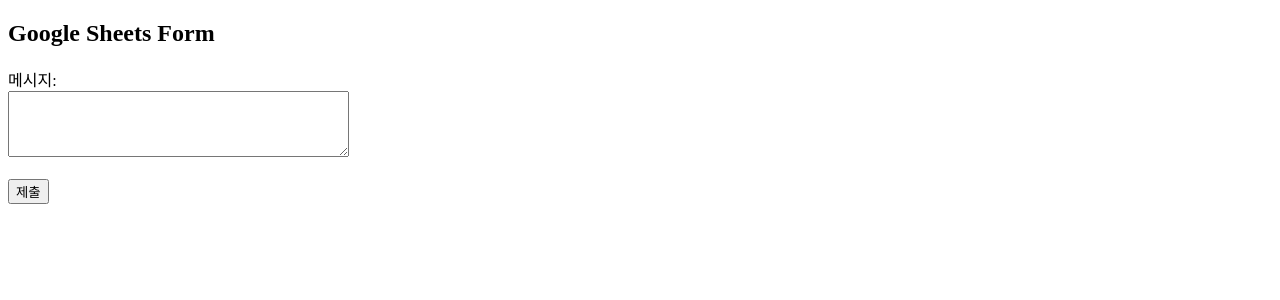
Repository: deul428/logis_test
Page: index.html
The author's editor kept a copy of each file at every save. The page is drawn from the files as they stood at one save, then again after the next save.
The browser window is 1280 px wide. The pictures show the whole page.

Above is the page before, as saved 2025-09-16 16:16:44.

After the next save:
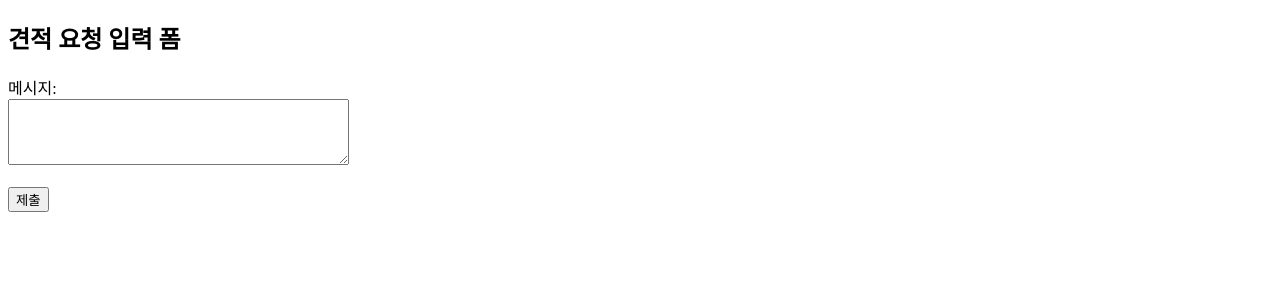
Saved 29 s later.
--- a/index.html
+++ b/index.html
@@ -22,7 +22,7 @@
     <title>견적 요청 입력 폼</title>
   </head>
   <body>
-    <h2>Google Sheets Form</h2>
+    <h2>견적 요청 입력 폼</h2>
     <form
       action="https://script.google.com/macros/s/AKfycbyESb1KUxhOgQ5UTyN0MpZ60M58zPHeCYOO1GqmPEVj-nxr4UC2_Zn-7jsWHzjFgWuW/exec"
       method="post"
